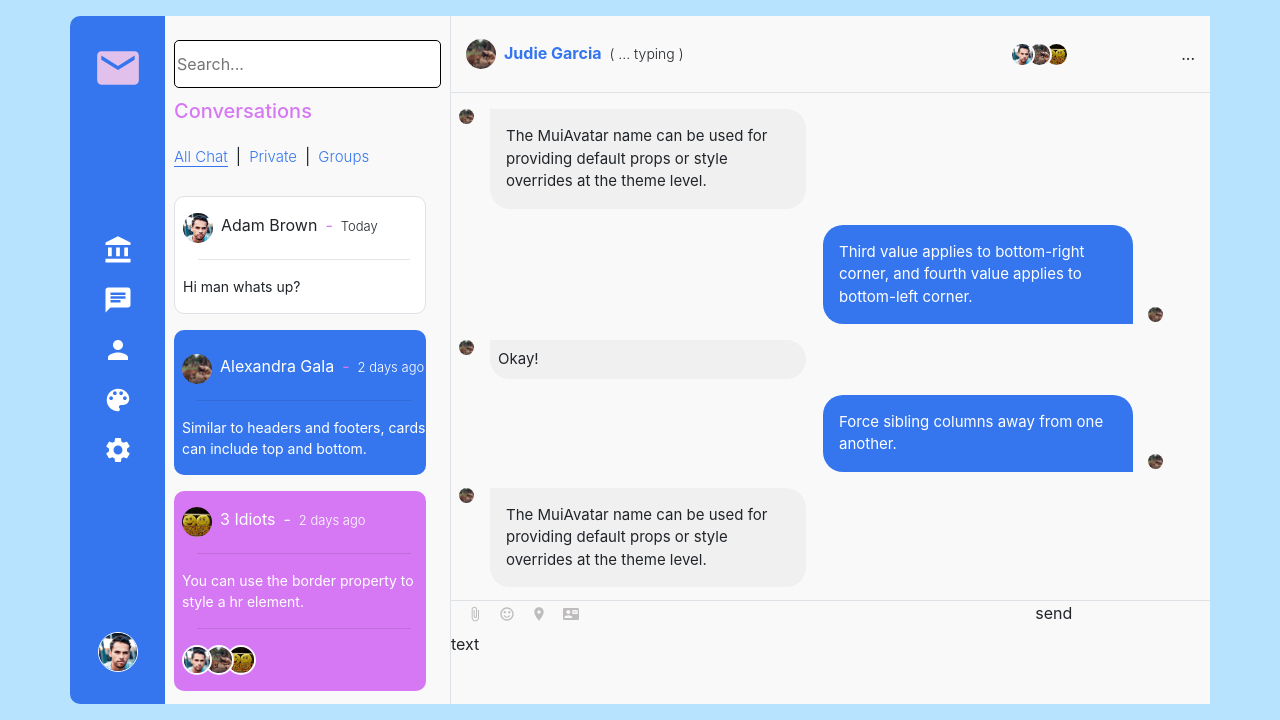
Repository: arafat877/super-chat
Page: /
The author's editor kept a copy of each file at every save. The page is drawn from the files as they stood at one save, then again after the next save.
The browser window is 1280 px wide. The pictures show the whole page.
The project was rebuilt for these pictures with package versions that can differ from the ones it lists, and the page was loaded fresh each time.

Above is the page before, as saved 2020-08-07 02:45:45.

After the next save:
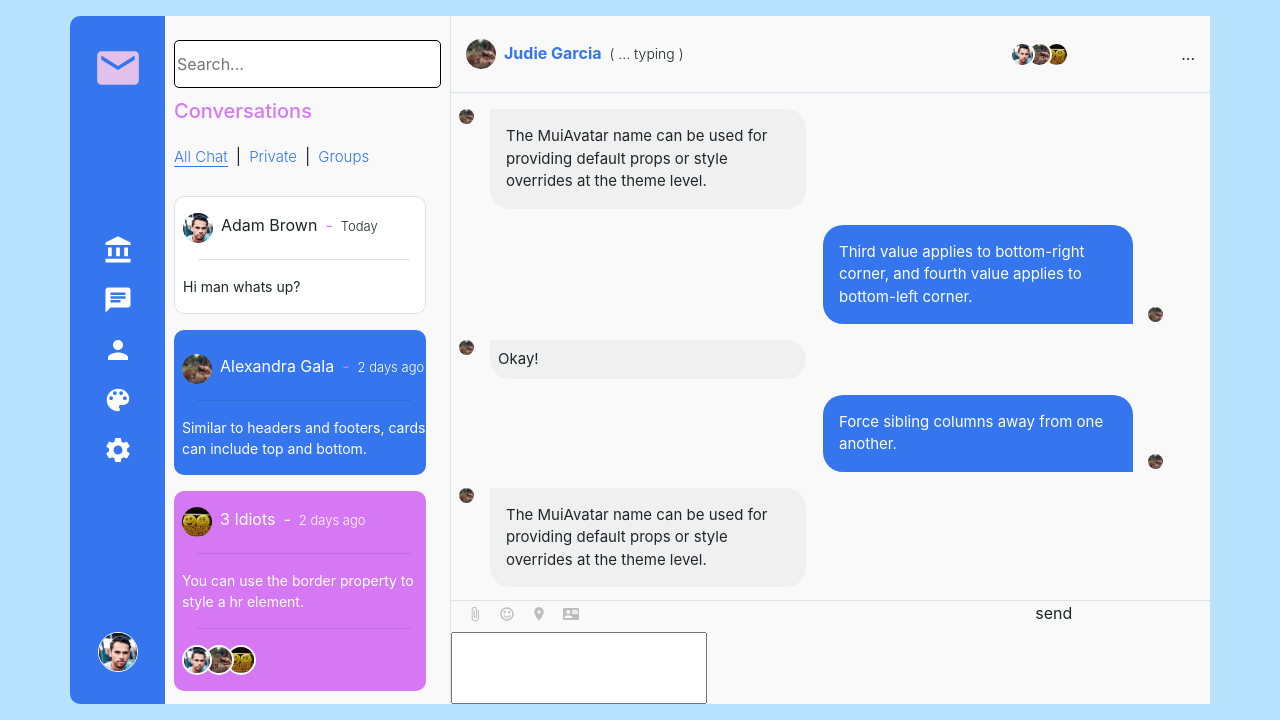
Saved 33 s later.
--- a/src/App.js
+++ b/src/App.js
@@ -279,7 +279,9 @@ function App() {
                     </li>
                   </ul>
                 </div>
-                <div className="row inputText">text</div>
+                <div className="row inputText">
+                  <input className="input"/>
+                </div>
               </div>
               <div className="col-md-3">send</div>
             </div>
